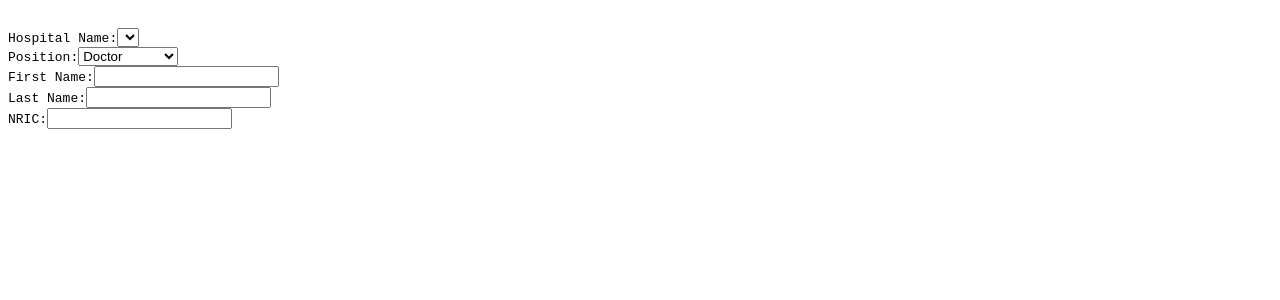
Repository: anujsoni10001/JSP-Servlet
Page: http://localhost/Minor/registerstaff.jsp
These files come from the project's save history. The page is drawn as it stood at one moment and after the next save; the edit follows.
The browser window is 1280 px wide. The pictures show the whole page.
The page is served by Tomcat 9. Other server files are loaded and not shown. Queries for data that is not in the repository find no rows.

Above is the page before, as saved 2019-03-23 03:45:10.

### FinalProject/minor - Copy/Minor/WebContent/registerstaff.jsp
<%@page import="pp.RegisteredDao"%>
<%@ page language="java" contentType="text/html; charset=ISO-8859-1"
    pageEncoding="ISO-8859-1"%>
<!DOCTYPE html PUBLIC "-//W3C//DTD HTML 4.01 Transitional//EN" "http://www.w3.org/TR/html4/loose.dtd">
<html>
<head>
<meta http-equiv="Content-Type" content="text/html; charset=ISO-8859-1">
<title>Register-Staff</title>
</head>
<body>
<pre>
<form>
Hospital Name:<select>
<%
RegisteredDao rd=new RegisteredDao();
java.util.ArrayList<pp.Hospital> h=rd.ShowHospital();
for(pp.Hospital a:h)
{
%>
<option><%=a.getHospitalName()%></option>
<%
}
%>
</select>
Position:<select>
<option>Doctor</option>
<option>Nurse</option>
<option>Management</option>
<option>Medical</option>
</select>
First Name:<input type="text">
Last Name:<input type="text">
NRIC:<input type="text">
</form>
</pre>
</body>
</html>

### FinalProject/minor - Copy/Minor/src/pp/RegisteredDao.java
package pp;
import java.sql.*;
import pp.PatientAccountBean;

public class RegisteredDao {
Connection con;
public Connection getConnect() throws ClassNotFoundException, SQLException
{
Class.forName("com.mysql.cj.jdbc.Driver");
con=DriverManager.getConnection("jdbc:mysql://localhost:3306/minor","root","root");
return con;
}
public java.util.ArrayList<PatientAccountBean> ShowPro(String email) throws ClassNotFoundException, SQLException
{
java.util.ArrayList<PatientAccountBean> a1=new java.util.ArrayList<pp.PatientAccountBean>();
con=getConnect();
String qr="select * from accounts where Email=?";
PreparedStatement ps=con.prepareStatement(qr);
ps.setString(1,email);
ResultSet rs=ps.executeQuery();
while(rs.next())
{
pp.PatientAccountBean p=new pp.PatientAccountBean();
p.setFirstName(rs.getString("FirstName"));
p.setLastName(rs.getString("LastName"));
p.setTelephone(rs.getString("Telephone"));
p.setAddress(rs.getString("Address"));
p.setAccountId(rs.getInt("AccountId"));
a1.add(p);
}
con.close();
return a1;
}
public int update(PatientAccountBean p) throws ClassNotFoundException, SQLException
{
int i=0;
con=getConnect();
///Remember Query///
//update table tablename -XXXX...//
//Wrong Syntax Putted...in the Mid-Sam-Exam//
String qr="update accounts set LastName=?,FirstName=?,Telephone=?,Address=? where Email=?";
PreparedStatement ps=con.prepareStatement(qr);
ps.setString(1,p.getLastName());
ps.setString(2,p.getFirstName());
ps.setString(3,p.getTelephone());
ps.setString(4,p.getAddress());
ps.setString(5,p.getEmail());
i=ps.executeUpdate();
con.close();
return i;
}
public java.util.ArrayList<Doctor> ShowPro() throws ClassNotFoundException, SQLException
{
java.util.ArrayList<Doctor> a1=new java.util.ArrayList<pp.Doctor>();
con=getConnect();
String qr="select * from doctor";
Statement st=con.createStatement();
ResultSet rs=st.executeQuery(qr);
while(rs.next())
{
pp.Doctor p=new pp.Doctor();
p.setDoctorId(rs.getInt("DoctorId"));
a1.add(p);
}
con.close();
return a1;
}
public java.util.ArrayList<Doctor> ShowPro(int id) throws ClassNotFoundException, SQLException
{
java.util.ArrayList<Doctor> a1=new java.util.ArrayList<pp.Doctor>();
con=getConnect();
String qr="select * from doctor,specialty,hospital where doctor.SpecialtyId=specialty.SpecialtyId and DoctorId=? and doctor.HospitalId=hospital.HospitalId";
PreparedStatement ps=con.prepareStatement(qr);
ps.setInt(1,id);
ResultSet rs=ps.executeQuery();
while(rs.next())
{
pp.Doctor p=new pp.Doctor();
p.setDcotorName(rs.getString("DcotorName"));
p.setDescription(rs.getString("Description"));
p.setHospitalName(rs.getString("HospitalName"));
p.setHospitalId(rs.getString("HospitalId"));
p.setYearOfExperience(rs.getInt("YearOfExperience"));
a1.add(p);
}
con.close();
return a1;
}
public int addPro(pp.Appointment a) throws ClassNotFoundException, SQLException
{
int i=0;
con=getConnect();
 ///Remember Query///
//insert table tablename -XXXX...Wrong//
//Wrong Syntax Putted...in the Mid-Sam-Exam//
String qr="insert into Appointment(DoctorId,HospitalId,Date,BookedbyAccountId,Status) values(?,?,?,?,?)";
PreparedStatement ps=con.prepareStatement(qr);
ps.setString(1,a.getDoctorId());
ps.setString(2,a.getHospitalId());
ps.setString(3,a.getDate());
ps.setInt(4,a.getAppointmentId());
ps.setString(5,a.getStatus());
i=ps.executeUpdate();
con.close();
return i;
}
public java.util.ArrayList<pp.Appointment> ShowAppoint(int bbyid) throws ClassNotFoundException, SQLException
{
java.util.ArrayList<pp.Appointment> a1=new java.util.ArrayList<pp.Appointment>();
con=getConnect();
String qr="select * from Appointment,doctor,Accounts,Hospital where Appointment.DoctorId=doctor.DoctorId and AccountId=BookedByAccountId and doctor.HospitalId=Hospital.HospitalId and BookedbyAccountId=?";
PreparedStatement ps=con.prepareStatement(qr);
ps.setInt(1,bbyid);
ResultSet rs=ps.executeQuery();
while(rs.next())
{
pp.Appointment a=new Appointment();
a.setAppointmentId(rs.getInt("AppointmentId"));
a.setHospitalName(rs.getString("HospitalName"));
a.setDoctorName(rs.getString("DcotorName"));
a.setDate(rs.getString("Date"));
a.setStatus(rs.getString("Status"));
a.setChargesRM(rs.getDouble("ChargesRM"));
a1.add(a);
}
con.close();
return a1;
}
public int updateAppoint(pp.Appointment a) throws ClassNotFoundException, SQLException
{
int i=0;
con=getConnect();
///Remember Query///
//update table tablename -XXXX...//
//Wrong Syntax Putted...in the Mid-Sam-Exam//
String qr="update appointment set DoctorId=?,HospitalId=?,Date=?,BookedbyAccountId=? where AppointmentId=?";
PreparedStatement ps=con.prepareStatement(qr);
ps.setString(1,a.getDoctorId());
ps.setString(2,a.getHospitalId());
ps.setString(3,a.getDate());
ps.setInt(4,a.getBookedbyAccountId());
ps.setInt(5,a.getAppointmentId());
i=ps.executeUpdate();
con.close();
return i;
}
public int delete(Appointment a) throws ClassNotFoundException, SQLException
{
int i=0;
con=getConnect();
///Remember Query///
//delete table tablename -XXXX...Wrong//
//Wrong Syntax Putted...in the Mid-Sam-Exam//
String qr="delete from Appointment where AppointmentId=?";
PreparedStatement ps=con.prepareStatement(qr);
ps.setInt(1,a.getAppointmentId());
i=ps.executeUpdate();
con.close();
return i;
}
public boolean VerifyCard(Creditcard c) throws ClassNotFoundException, SQLException
{
con=getConnect();
String qr="select * from creditcard where CardNo=? and ExpiryDate=? and SecurityCode=? and CardType=?";

PreparedStatement ps=con.prepareStatement(qr);
ps.setString(1,c.getCardNo());
ps.setString(2,c.getExpiryDate());
ps.setString(3,c.getSecurityCode());
ps.setString(4,c.getCardType());
ResultSet rs=ps.executeQuery();
if(rs.next())
{
con.close();
return true;
}
else
{
con.close();
return false;
}
}
public int updateAppointStatus(pp.Appointment a) throws ClassNotFoundException, SQLException
{
int i=0;
con=getConnect();
///Remember Query///
//update table tablename -XXXX...//
//Wrong Syntax Putted...in the Mid-Sam-Exam//
String qr="update appointment set Status=? where AppointmentId=?";
PreparedStatement ps=con.prepareStatement(qr);
ps.setString(1,a.getStatus());
ps.setInt(2,a.getAppointmentId());
i=ps.executeUpdate();
con.close();
return i;
}
public java.util.ArrayList<pp.Appointment> ShowCompletedAppoint(int bbyid) throws ClassNotFoundException, SQLException
{
java.util.ArrayList<pp.Appointment> a1=new java.util.ArrayList<pp.Appointment>();
con=getConnect();
String qr="select * from Appointment,doctor,Accounts,Hospital where Appointment.DoctorId=doctor.DoctorId and AccountId=BookedByAccountId and doctor.HospitalId=Hospital.HospitalId and BookedbyAccountId=? and Status='Completed'";
PreparedStatement ps=con.prepareStatement(qr);
ps.setInt(1,bbyid);
ResultSet rs=ps.executeQuery();
while(rs.next())
{
pp.Appointment a=new Appointment();
a.setAppointmentId(rs.getInt("AppointmentId"));
a.setHospitalName(rs.getString("HospitalName"));
a.setDoctorName(rs.getString("DcotorName"));
a.setDate(rs.getString("Date"));
a.setStatus(rs.getString("Status"));
a.setChargesRM(rs.getDouble("ChargesRM"));
a1.add(a);
}
con.close();
return a1;
}
public int addPro(pp.Rating r) throws ClassNotFoundException, SQLException
{
int i=0;
con=getConnect();
 ///Remember Query///
//insert table tablename -XXXX...Wrong//
//Wrong Syntax Putted...in the Mid-Sam-Exam//
String qr="insert into rating values(?,?)";
PreparedStatement ps=con.prepareStatement(qr);
ps.setString(1,r.getAppointmentId());
ps.setInt(2,r.getConsultationRating());
i=ps.executeUpdate();
con.close();
return i;
}
public java.util.ArrayList<pp.Hospital> ShowHospital() throws ClassNotFoundException, SQLException
{
java.util.ArrayList<Hospital> a1=new java.util.ArrayList<pp.Hospital>();
con=getConnect();
String qr="select * from hospital";
Statement st=con.createStatement();
ResultSet rs=st.executeQuery(qr);
while(rs.next())
{
pp.Hospital h=new pp.Hospital();
h.setHospitalName(rs.getString("HospitalName"));
a1.add(h);
}
con.close();
return a1;
}
public java.util.ArrayList<pp.Hospital> ShowHospitalId(String HospitalName) throws ClassNotFoundException, SQLException
{
java.util.ArrayList<Hospital> a1=new java.util.ArrayList<pp.Hospital>();
con=getConnect();
String qr="select * from hospital where HospitalName=?";
PreparedStatement ps=con.prepareStatement(qr);
ps.setString(1,HospitalName);
ResultSet rs=ps.executeQuery();
while(rs.next())
{
pp.Hospital h=new pp.Hospital();
h.setHospitalId(rs.getString("HospitalId"));
a1.add(h);
}
con.close();
return a1;
}
public int addStaff(pp.Staff s) throws ClassNotFoundException, SQLException
{
int i=0;
con=getConnect();
 ///Remember Query///
//insert table tablename -XXXX...Wrong//
//Wrong Syntax Putted...in the Mid-Sam-Exam//
String qr="insert into staff values(?,?,?,?,?,?,?,?,?,?)";
PreparedStatement ps=con.prepareStatement(qr);
ps.setInt(1,s.getStaffId());
ps.setString(2,s.getEmail());
ps.setString(3,s.getPassword());
ps.setString(4,s.getFirstName());
ps.setString(5,s.getLastName());
ps.setString(6,s.getICNumber());
ps.setString(7,s.getTelephone());
ps.setString(8,s.getAddress());
ps.setString(9,s.getPosition());
ps.setString(10,s.getHospitalId());
i=ps.executeUpdate();
con.close();
return i;
}
public java.util.ArrayList<PatientAccountBean> ShowallPatient() throws ClassNotFoundException, SQLException
{
java.util.ArrayList<PatientAccountBean> a1=new java.util.ArrayList<pp.PatientAccountBean>();
con=getConnect();
String qr="select * from accounts";
Statement st=con.createStatement();
ResultSet rs=st.executeQuery(qr);
while(rs.next())
{
pp.PatientAccountBean p=new pp.PatientAccountBean();
p.setFirstName(rs.getString("FirstName"));
p.setLastName(rs.getString("LastName"));
p.setTelephone(rs.getString("Telephone"));
p.setAddress(rs.getString("Address"));
p.setAccountId(rs.getInt("AccountId"));
p.setEmail(rs.getString("Email"));
a1.add(p);
}
con.close();
return a1;
}
public int updateStaffPatient(PatientAccountBean p) throws ClassNotFoundException, SQLException
{
int i=0;
con=getConnect();
///Remember Query///
//update table tablename -XXXX...//
//Wrong Syntax Putted...in the Mid-Sam-Exam//
String qr="update accounts set LastName=?,FirstName=?,Telephone=?,Address=?,Email=? where AccountId=?";
PreparedStatement ps=con.prepareStatement(qr);
ps.setString(1,p.getLastName());
ps.setString(2,p.getFirstName());
ps.setString(3,p.getTelephone());
ps.setString(4,p.getAddress());
ps.setString(5,p.getEmail());
ps.setInt(6,p.getAccountId());
i=ps.executeUpdate();
con.close();
return i;
}
public int delete(pp.PatientAccountBean p) throws ClassNotFoundException, SQLException
{
int i=0;
con=getConnect();
///Remember Query///
//delete table tablename -XXXX...Wrong//
//Wrong Syntax Putted...in the Mid-Sam-Exam//
String qr="delete from accounts where AccountId=?";
PreparedStatement ps=con.prepareStatement(qr);
ps.setInt(1,p.getAccountId());
i=ps.executeUpdate();
con.close();
return i;
}
}

After the next save:
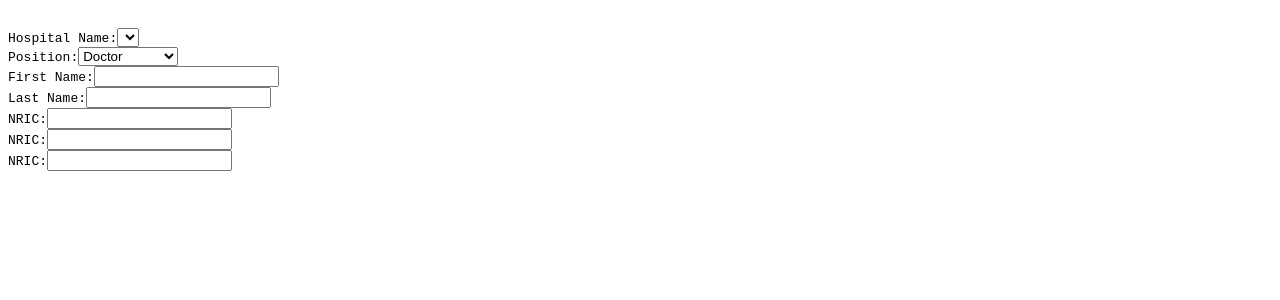
Saved 14 s later.
--- a/FinalProject/minor - Copy/Minor/WebContent/registerstaff.jsp
+++ b/FinalProject/minor - Copy/Minor/WebContent/registerstaff.jsp
@@ -31,6 +31,8 @@ Position:<select>
 First Name:<input type="text">
 Last Name:<input type="text">
 NRIC:<input type="text">
+NRIC:<input type="text">
+NRIC:<input type="text">
 </form>
 </pre>
 </body>
